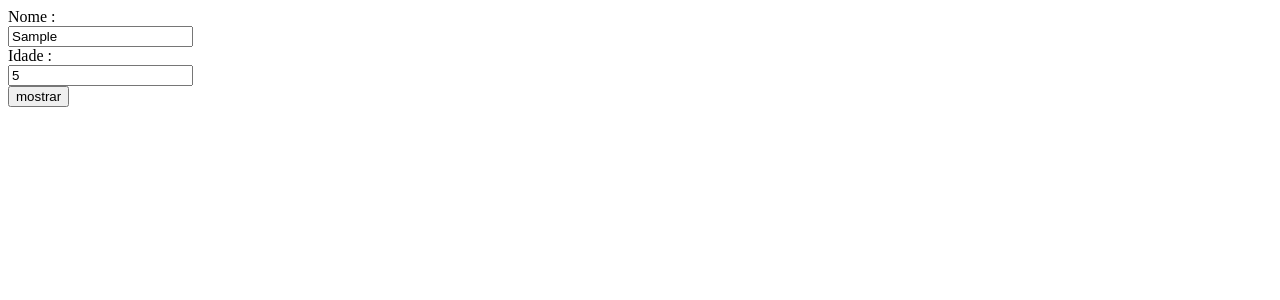
Repository: NicholasMaestrello/treinamento-impacta
Page: DesenvolvimentoJava/Modulo06/03_ConceitosJavascript/WebContent/exemplo_js.html
An editor plug-in stored every save of this project. The page is shown before and after a run of saves, followed by the edit.
The browser window is 1280 px wide. The pictures show the whole page.
Empty fields were first filled with sample values (such as "Sample", 5 or name@example.com).
After loading, the first visible `#button` was clicked once.

Above is the page before, as saved 2017-10-18 17:41:15.

After the next 2 saves:
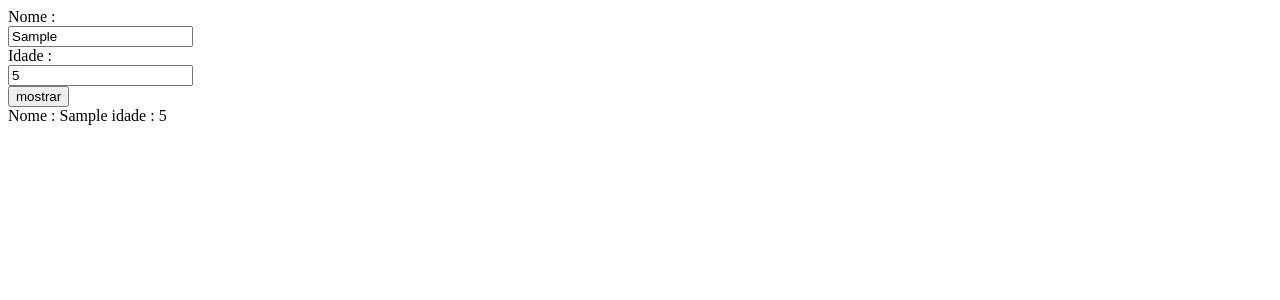
The 2 saves are shown as one change because they came seconds apart.
The last was saved 39 s later.
--- a/DesenvolvimentoJava/Modulo06/03_ConceitosJavascript/WebContent/exemplojs.js
+++ b/DesenvolvimentoJava/Modulo06/03_ConceitosJavascript/WebContent/exemplojs.js
@@ -18,5 +18,5 @@ button.addEventListener("click", exibir);
 function exibir(){
 	let mensagem = `Nome : ${nome.value} idade : ${idade.value}`;
 	//alert(mensagem);
-	document.getElementById("mensagem").innerHtml = mensagem;
+	document.getElementById("mensagem").innerHTML = mensagem;
 }
